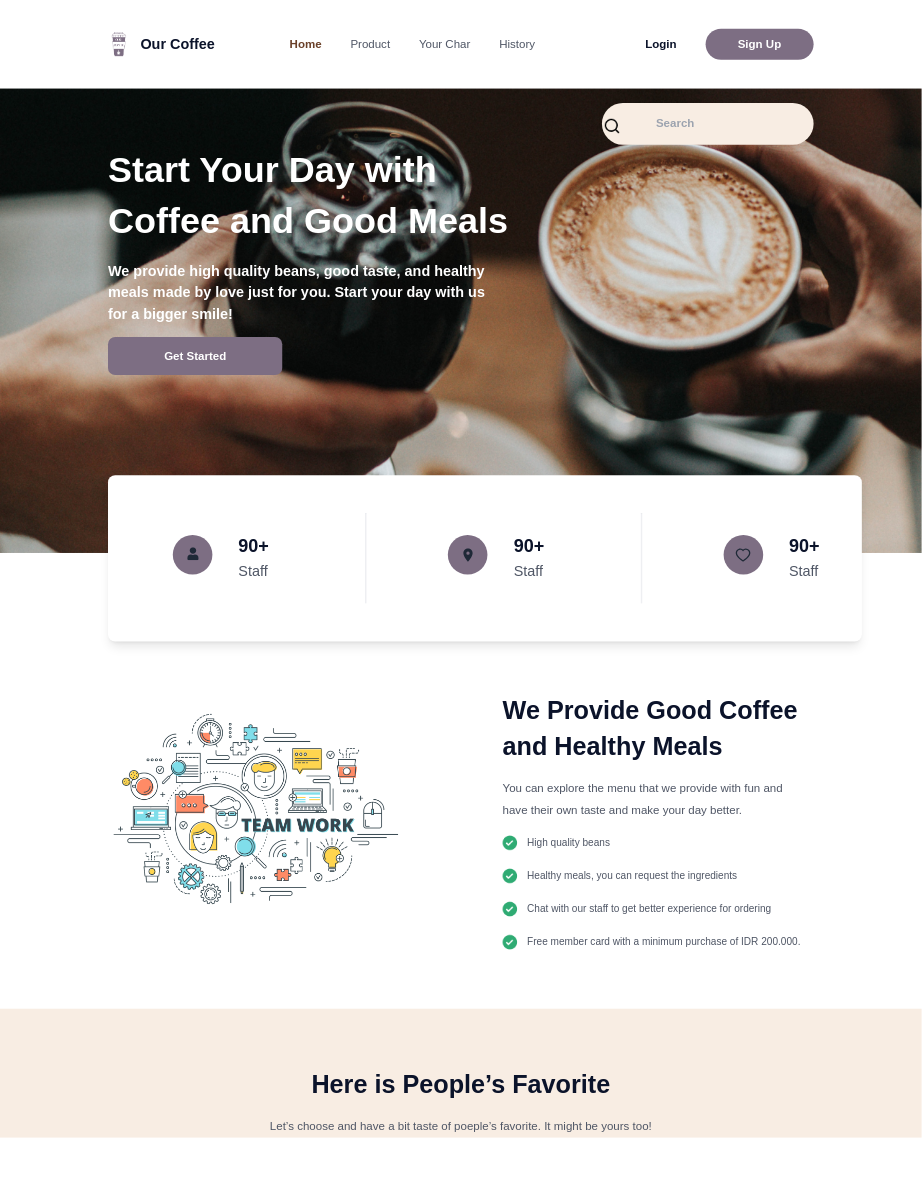
Repository: boykebn/fw12-collab2-FRONTEND
Page: / (app in our/)
The author's editor kept a copy of each file at every save. The page is drawn from the files as they stood at one save, then again after a run of saves.
The browser window is 1280 px wide. The pictures show the whole page, at 72% of full size.
The project was rebuilt for these pictures with package versions that can differ from the ones it lists, and the page was loaded fresh each time. The framework's server and built-in components were replaced by stand-ins that run in the browser. Also part of the build but not shown: our/next.config.js.

Above is the page before, as saved 2022-12-30 22:55:48.

### our/pages/_app.js
import '../styles/globals.css'
import { Provider } from 'react-redux'
import {store} from '../redux/store'

export default function App({ Component, pageProps }) {
  return (
  <Provider store={store}>
    <Component {...pageProps} />
  </Provider>
  )
}

### our/pages/index.js
import React from "react";
import Image from "next/image";
import logo from "../assets/logoOurCoffee.png";
import Link from "next/link";
import search from "../assets/search.png";
import profileIcon from "../assets/profile-icon.png";
import { FaUser } from "react-icons/fa";
import { MdLocationOn } from "react-icons/md";
import { AiOutlineHeart } from "react-icons/ai";
import layer2 from "../assets/img-layer2.png";
import ceklis from "../assets/ceklis.png";
export default function Home() {
  return (
    <div className="font-rubik">
      <div className="px-[150px] py-[45px] flex items-center">
        <div className="flex flex-1 items-center">
          <Image src={logo} alt="logo" className="w-[30px] h-[33px] mr-[15px]" />
          <span className="text-[#0B132A] text-[20px] font-bold leading-[23px]">Our Coffee</span>
        </div>
        <div className=" text-[#4F5665] text-[16px] mr-[153px]">
          <span className="font-bold text-[#6A4029] mr-[40px]">Home</span>
          <span className="mr-[40px]">Product</span>
          <span className="mr-[40px]">Your Char</span>
          <span>History</span>
        </div>
        <div className="text-[16px] font-[600] leading-[19px]">
          <Link href="#" className="mr-[40px] text-[#0B132A]">
            Login
          </Link>
          <Link href="#" className="text-white border-1 bg-[#7d6e83] py-[13px] px-[45px] rounded-[50px]">
            Sign Up
          </Link>
        </div>
      </div>
      <div className="bg-[url('../assets/background-home.png')] h-[645px] ">
        <div className="px-[150px] flex">
          <div className="pt-[78px] mr-auto">
            <p className="text-white text-[50px] font-bold leading-[70px] w-[570px] mb-[20px]">Start Your Day with Coffee and Good Meals</p>
            <p className="text-white text-[20px] font-bold leading-[30px] w-[555px] mb-[32px]">We provide high quality beans, good taste, and healthy meals made by love just for you. Start your day with us for a bigger smile!</p>
            <Link href="#" className="text-white text-[16px] font-bold border-1 px-[78px] py-[18px] bg-[#7d6e83] rounded-[10px]">
              Get Started
            </Link>
          </div>
          <div className="pt-[20px]">
            <Image src={search} alt="search" className="absolute top-[165px] right-[420px]" />
            <input placeholder="Search" className="focus:outline-none bg-[#f8ede3] py-[17px] pl-[75px] font-[900] rounded-[30px]" />
          </div>
        </div>
      </div>
      <div className="pl-[90px] pr-[59px] py-[53px] border-1 bg-white absolute left-[150px] top-[660px] rounded-[10px] flex items-center shadow-lg mb-[103px]">
        <div className="flex">
          <div className="mr-[36px]">
            <FaUser className="w-[16px] h-[18px] absolute left-[110px] top-[100px]" />
            <div className="border-1 bg-[#7d6e83] w-[55px] h-[55px] rounded-[50%] \"></div>
          </div>
          <div className="mr-[134px]">
            <p className="text-[#0B132A] text-[25px] font-bold leading-[30px] mb-[5px]">90+</p>
            <p className="text-[#4F5665] text-[20px] leading-[30px]">Staff</p>
          </div>
        </div>
        <hr className="bg-[#EEEFF2] w-[2px] h-[125px] mr-[113px]" />
        <div className="flex">
          <div className="mr-[36px]">
            <MdLocationOn className="w-[22px] h-[26px] absolute left-[489px] top-[98px]" />
            <div className="border-1 bg-[#7d6e83] w-[55px] h-[55px] rounded-[50%] \"></div>
          </div>
          <div className="mr-[134px]">
            <p className="text-[#0B132A] text-[25px] font-bold leading-[30px] mb-[5px]">90+</p>
            <p className="text-[#4F5665] text-[20px] leading-[30px]">Staff</p>
          </div>
        </div>
        <hr className="bg-[#EEEFF2] w-[2px] h-[125px] mr-[113px]" />
        <div className="flex">
          <div className="mr-[36px]">
            <AiOutlineHeart className="w-[24px] h-[28px] absolute left-[870px] top-[97px]" />
            <div className="border-1 bg-[#7d6e83] w-[55px] h-[55px] rounded-[50%] \"></div>
          </div>
          <div className="">
            <p className="text-[#0B132A] text-[25px] font-bold leading-[30px] mb-[5px]">90+</p>
            <p className="text-[#4F5665] text-[20px] leading-[30px]">Staff</p>
          </div>
        </div>
      </div>
      <div className="pt-[193px] px-[150px] flex mb-[82px]">
        <div className="mr-[139px]">
          <Image src={layer2} alt="img-layer-2" />
        </div>
        <div>
          <div className="mb-[20px]">
            <p className="text-[#0B132A] text-[35px] font-bold leading-[50px] w-[432px] mb-[19px]">We Provide Good Coffee and Healthy Meals</p>
            <p className="text-[#4F5665] text-[16px] leading-[30px] w-[427px]">You can explore the menu that we provide with fun and have their own taste and make your day better.</p>
          </div>
          <div className="flex">
            <div className="mr-[13px]">
              <Image src={ceklis} alt="ceklis" className="mb-[25px]" />
              <Image src={ceklis} alt="ceklis" className="mb-[25px]" />
              <Image src={ceklis} alt="ceklis" className="mb-[25px]" />
              <Image src={ceklis} alt="ceklis" />
            </div>
            <div className="text-[#4F5665] text-[14px]">
              <p className="mb-[25px]">High quality beans</p>
              <p className="mb-[25px]">Healthy meals, you can request the ingredients</p>
              <p className="mb-[25px]">Chat with our staff to get better experience for ordering</p>
              <p>Free member card with a minimum purchase of IDR 200.000.</p>
            </div>
          </div>
        </div>
      </div>
      <div className="bg-[#f8ede3]">
        <div className="pt-[80px] text-center mb-[90px]">
          <p className="text-[#0B132A] text-[35px] leading-[50px] font-bold mb-[19px]">Here is People’s Favorite</p>
          <p className="text-[#4F5665] text-[16px] leading-[30px] ">Let’s choose and have a bit taste of poeple’s favorite. It might be yours too!</p>
        </div>
        <div className="px-[175px]">
          <div></div>
        </div>
      </div>
    </div>
  );
}

### our/styles/globals.css
@tailwind base;
@tailwind components;
@tailwind utilities;

@import url("https://fonts.googleapis.com/css2?family=Rubik&display=swap");

### our/redux/store.js
import { configureStore } from '@reduxjs/toolkit';
import thunk from 'redux-thunk'
import reducer from './reducers';
import {persistStore} from 'redux-persist'

const store = configureStore({
    reducer,
    middleware: [thunk]
})

const persistor = persistStore(store)

export {store, persistor}

### our/redux/reducers/index.js
import {combineReducers} from '@reduxjs/toolkit';
import {persistReducer} from 'redux-persist'
import storage from 'redux-persist/lib/storage'
import auth from './auth'

const authConfig = {
    key: 'auth',
    storage
}

const reducer = combineReducers({
    auth: persistReducer(authConfig, auth),
})

export default reducer

### our/redux/reducers/auth.js
import {createSlice} from '@reduxjs/toolkit'

const initialState = {
    token: null
}

const authReducer = createSlice({
    name: 'auth',
    initialState,
    reducers: {
        logout: (state, action) => {
            return initialState
        }
    },
    extraReducers: (build) => {
    }
})

export const { logout } = authReducer.actions

export default authReducer.reducer

### our/tailwind.config.js
/** @type {import('tailwindcss').Config} */
module.exports = {
  content: ["./pages/**/*.{js,ts,jsx,tsx}", "./components/**/*.{js,ts,jsx,tsx}"],
  theme: {
    extend: {
      fontFamily: {
        rubik: ["Rubik", "sans-serif"],
      },
    },
  },
  plugins: [require("daisyui")],
};

After the next 2 saves:
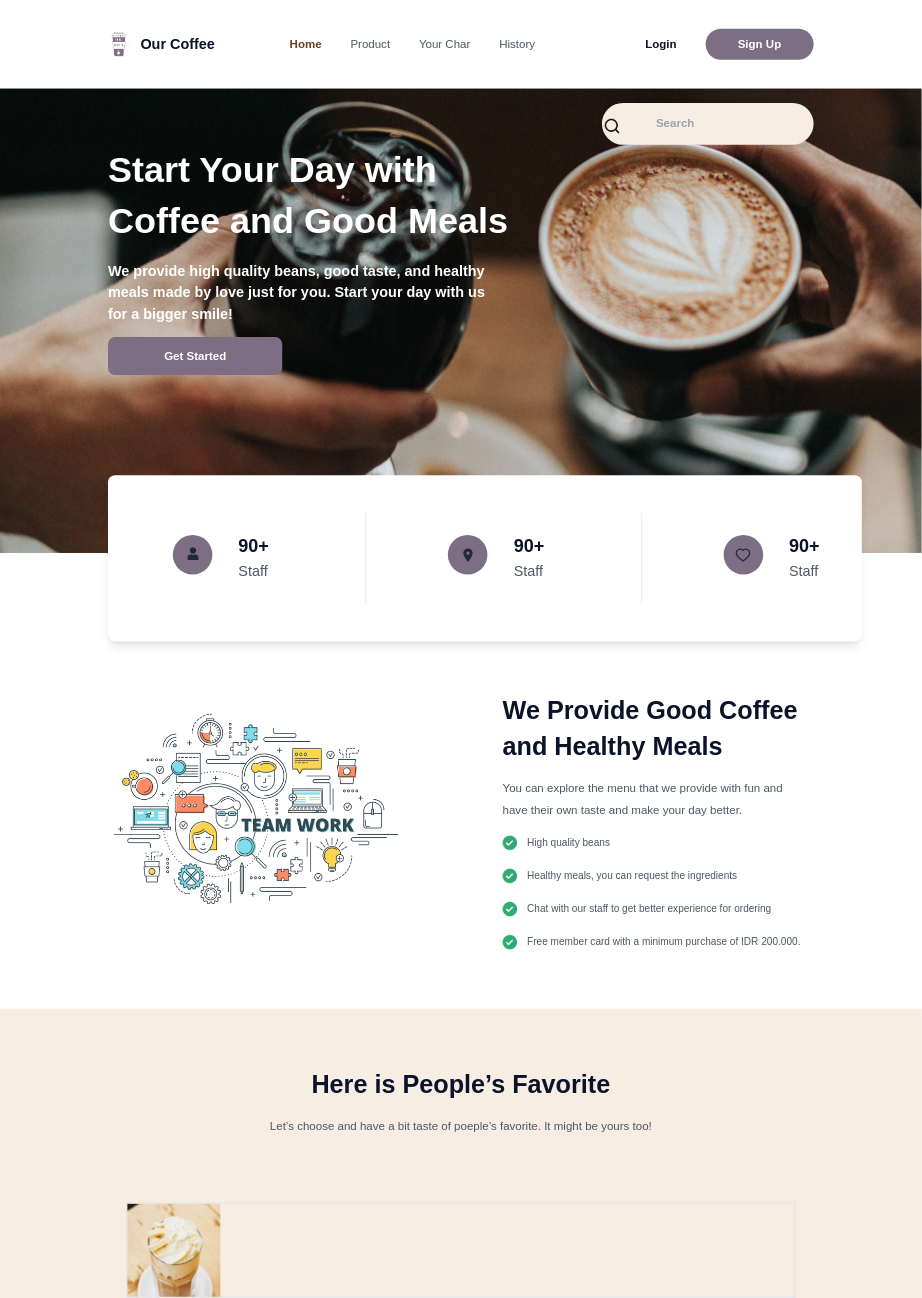
The 2 saves are shown as one change because 1 did not build or start.
The last was saved 3 min 11 s later.
--- a/our/pages/index.js
+++ b/our/pages/index.js
@@ -9,6 +9,10 @@ import { MdLocationOn } from "react-icons/md";
 import { AiOutlineHeart } from "react-icons/ai";
 import layer2 from "../assets/img-layer2.png";
 import ceklis from "../assets/ceklis.png";
+import food1 from "../assets/food1.png";
+import food2 from "../assets/food2.png";
+import food3 from "../assets/food3.png";
+
 export default function Home() {
   return (
     <div className="font-rubik">
@@ -112,7 +116,9 @@ export default function Home() {
           <p className="text-[#4F5665] text-[16px] leading-[30px] ">Let’s choose and have a bit taste of poeple’s favorite. It might be yours too!</p>
         </div>
         <div className="px-[175px]">
-          <div></div>
+          <div className="border-2 ">
+            <Image src={food1} alt="food1" />
+          </div>
         </div>
       </div>
     </div>
